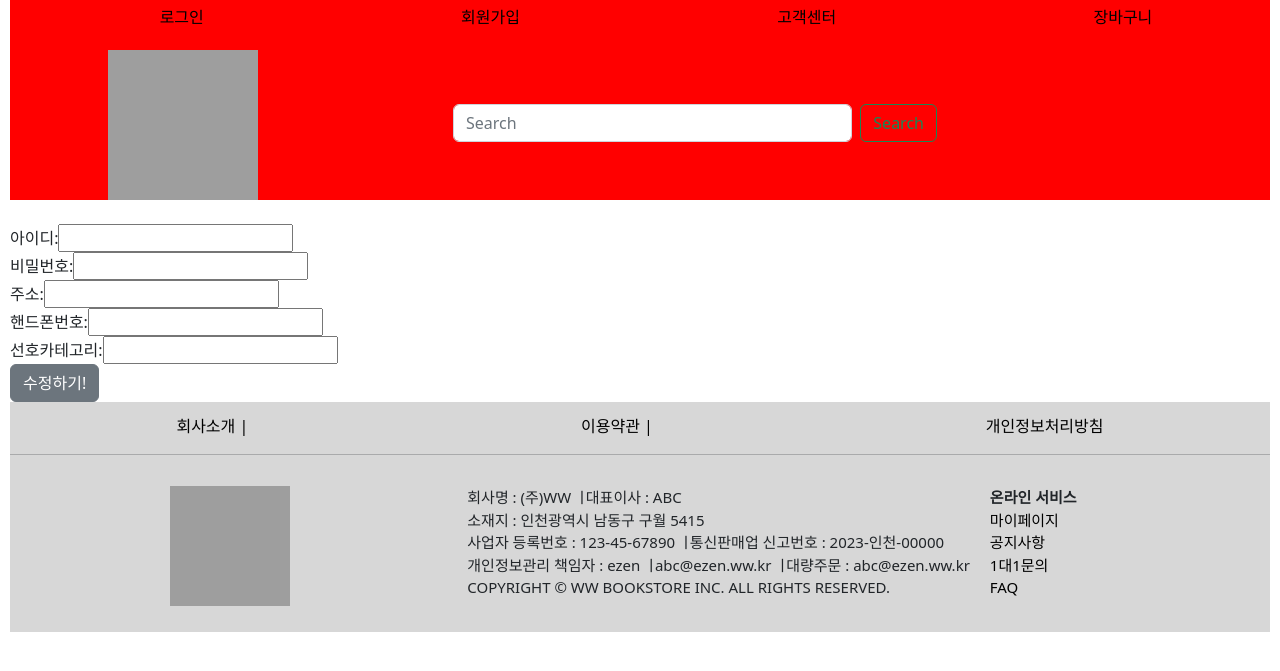
Repository: leehyeonung/project4
Page: http://localhost/book/WEB-INF/views/member/modify.jsp
An editor plug-in stored every save of this project. The page is shown before and after the next save, followed by the edit.
The browser window is 1280 px wide. The pictures show the whole page.
Pictures or frames that could not be fetched are drawn as grey boxes. The page is served by Tomcat 9. Nobody is signed in. Other server files are loaded and not shown. The template is opened directly, without the code that normally fills it, so the values that code supplies are empty.

Above is the page before, as saved 2023-01-06 08:52:08.

### book/src/main/webapp/WEB-INF/views/member/modify.jsp
<%@ page language="java" contentType="text/html; charset=UTF-8"
    pageEncoding="UTF-8"%>
<!DOCTYPE html>
<html>
<head>
<meta charset="UTF-8">
<title>수정페이지</title>
<link rel="stylesheet" type="text/css" href="/resources/css/main.css">
</head>
<body>
<jsp:include page="../layout/header.jsp"></jsp:include>
<div class="main">
	<form action="/mem/modify" method="post">
		<input type="text" name="mem_num" value="${ses.mem_num}" hidden ><br>
		아이디:<input type="text" name="mem_id" value="${ses.mem_id}" ><br>
		비밀번호:<input type="password" name="mem_pw" value="" required ><br>
		주소:<input type="text" name="mem_ad" value="${ses.mem_ad}" ><br>
		핸드폰번호:<input type="text" name="mem_cell_num" value="${ses.mem_cell_num}" ><br>
		선호카테고리:<input type="text" name="mno_cno" value="${ses.mno_cno}" ><br>
		<button type="submit" class="btn btn-secondary">수정하기!</button>
	</form>
</div>
<jsp:include page="../layout/footer.jsp"></jsp:include>
</body>
</html>

### book/src/main/webapp/WEB-INF/views/layout/header.jsp
<%@ page language="java" contentType="text/html; charset=UTF-8"
    pageEncoding="UTF-8"%>
<%@ taglib uri="http://java.sun.com/jsp/jstl/core" prefix="c"%>
<!DOCTYPE html>
<html>
<head>
<meta charset="UTF-8">
<title>Insert title here</title>
<!-- CSS only -->
<link href="https://cdn.jsdelivr.net/npm/bootstrap@5.2.2/dist/css/bootstrap.min.css"
rel="stylesheet" integrity="sha384-Zenh87qX5JnK2Jl0vWa8Ck2rdkQ2Bzep5IDxbcnCeuOxjzrPF/et3URy9Bv1WTRi"
crossorigin="anonymous">
<link rel="stylesheet" type="text/css" href="/resources/css/header.css">
</head>
<body>
<div class="header">
    <div class="menu">
        <c:if test="${ses.mem_id ==null}">
        <ul><a href="/mem/loginPage">로그인</a></ul>
        <ul><a href="/mem/joinPage">회원가입</a></ul>
        </c:if>
        <c:if test="${ses.mem_id == 'admin' }">
        <ul><a href="/mem/logOut">로그아웃</a></ul>
        <ul><a href="/mem/adminpage">관리인페이지</a></ul>
        </c:if>
        <c:if test="${ses.mem_id !=null && ses.mem_id !='admin' }">
        <ul><a href="/mem/logOut">로그아웃</a></ul>
        <ul><a href="/mem/mypage">마이페이지</a></ul>
        </c:if>
        <ul><a href="#">고객센터</a></ul>
        <ul><a href="#">장바구니</a></ul>
    </div>
    <div class="bar">
       <div class="logo">
         <a href="/"><img src="/resources/image/logo.jpg" alt="로고"></a>
       </div>
         <div class="searchBar">
            <form class="d-flex" role="search">
                 <input class="form-control me-2" type="search" placeholder="Search" aria-label="Search">
                 <button class="btn btn-outline-success" type="submit">Search</button>
              </form>
         </div>
       <div class="icons">
         <a href=""><i class="fa-solid fa-cart-shopping"></i></a>
            <a href=""><i class="fa-solid fa-user"></i></a>
       </div>
    </div>
</div>
</body>
</html>

### book/src/main/webapp/WEB-INF/views/layout/footer.jsp
<%@ page language="java" contentType="text/html; charset=UTF-8"
   pageEncoding="UTF-8"%>
<!DOCTYPE html>
<html>
<head>
<meta charset="UTF-8">
<title>Insert title here</title>
<link rel="stylesheet" type="text/css" href="/resources/css/footer.css">

</head>

<body>
   <div class="footer">
      <div class="footer-top">
         <ul>
            <li><a href="/introduce">회사소개 | </a></li>
            <li><a href="">이용약관 | </a></li>
            <li><a href="">개인정보처리방침</a></li>
         </ul>
      </div>
      <hr>
      <div class="address">
         <div class="footer-logo">
            <img src="/resources/image/logo.jpg" alt="로고">
         </div>
         <div class="address-box">
            <ul>
               <li>회사명 : (주)WW <span style="margin-right: -7px;">ㅣ</span>
                  대표이사 : ABC
               </li>

               <li>소재지 : 인천광역시 남동구 구월 5415</li>
               <li>사업자 등록번호 : 123-45-67890 <span style="margin-right: -7px;">ㅣ</span>
                  통신판매업 신고번호 : 2023-인천-00000
               </li>

               <li>개인정보관리 책임자 : ezen <span style="margin-right: -7px;">ㅣ</span>
                  abc@ezen.ww.kr <span style="margin-right: -7px;">ㅣ</span> 대량주문 :
                  abc@ezen.ww.kr
               </li>

               <li>COPYRIGHT © WW BOOKSTORE INC. ALL RIGHTS RESERVED.</li>

            </ul>

         </div>
         <div class="online-serviceBar">
            <strong>온라인 서비스</strong>
            <ul>
               <li><a href="">마이페이지</a></li>
               <li><a href="">공지사항</a></li>
               <li><a href="">1대1문의</a></li>
               <li><a href="">FAQ</a></li>
            </ul>
         </div>
      </div>
   </div>

</body>
</html>

### book/src/main/webapp/resources/css/main.css
@charset "UTF-8";

.main{
	width:1260px;
	margin: 0 auto;
}

### book/src/main/webapp/resources/css/header.css
@charset "UTF-8";
*{
	margin: 0 auto;
	padding: 0px;
}
.header{
	background-color : red;
	margin: 0 auto;
    width: 1260px;
    height: 200px;
   /*  background-color: pink; */
}
.menu{
   display: flex;
   justify-content: flex-end;
   padding:5px;

}
.logo{
    width: 150px;
    height: 150px;
    background-color: blue;
}
.logo>a>img{
    width: 150px;
    height: 150px;
}
.searchBar{
   /* position:absolute; */
    width: 484px;
    height: 42px;
    /* background-color: gold; */
    margin-top:54px;
    border-radius: 30px;

}
.bar{

   height: 150px;
   display: flex;
   flex-direction: row;
   flex-wrap:nowrap;
   justify-content:space-around;
/*    align-items: baseline; */


}
i{
    font-size: 42px;
    color: black;
    margin-top:54px;
    margin-right: 20px;
}

### book/src/main/webapp/resources/css/footer.css
@charset "UTF-8";
.footer {
   width: 1260px;
   height: 230px;
   background-color: rgba(175, 175, 175, 0.5);
   margin: 0 auto;
}

.footer-logo {

   width: 120px;
   height: 120px;
   background-color: beige;
}
.footer-logo>img{
   width: 120px;
   height: 120px;
}

.address-box {
   text-align: left;
   padding: 0;
   margin: 0;
}

.address {
   padding: 15px;
   height: 150px;
   display: flex;
   font-size: 15px;
   /* align-items: baseline; */
   flex-direction: row;
   flex-wrap: nowrap;
   justify-content: space-around;
}

ul {
   list-style: none;
}

.footer, .address li {

}

.footer-top {
   text-align: center;
   padding-top: 12px;
}

.footer-top>ul {
   margin: 0;
   padding: 0;
   display: flex;
   justify-content: center;
}

.footer-top>li {
   margin: 0;
   padding: 0;
}

a {
   text-decoration-line: none;
   color: black;
}

a:visited {
   text-decoration: none;
}

a:hover {
   text-decoration: none;
}

a:focus {
   text-decoration: none;
}

a:hover, a:active {
   text-decoration: none;
}

.online-serviceBar {
   padding: 0px;
   margin-left: 20px;
   width: 120px;
   height: 120px;
}

.online-serviceBar>ul {
   margin: 0px;
   padding: 0px;
}

After the next save:
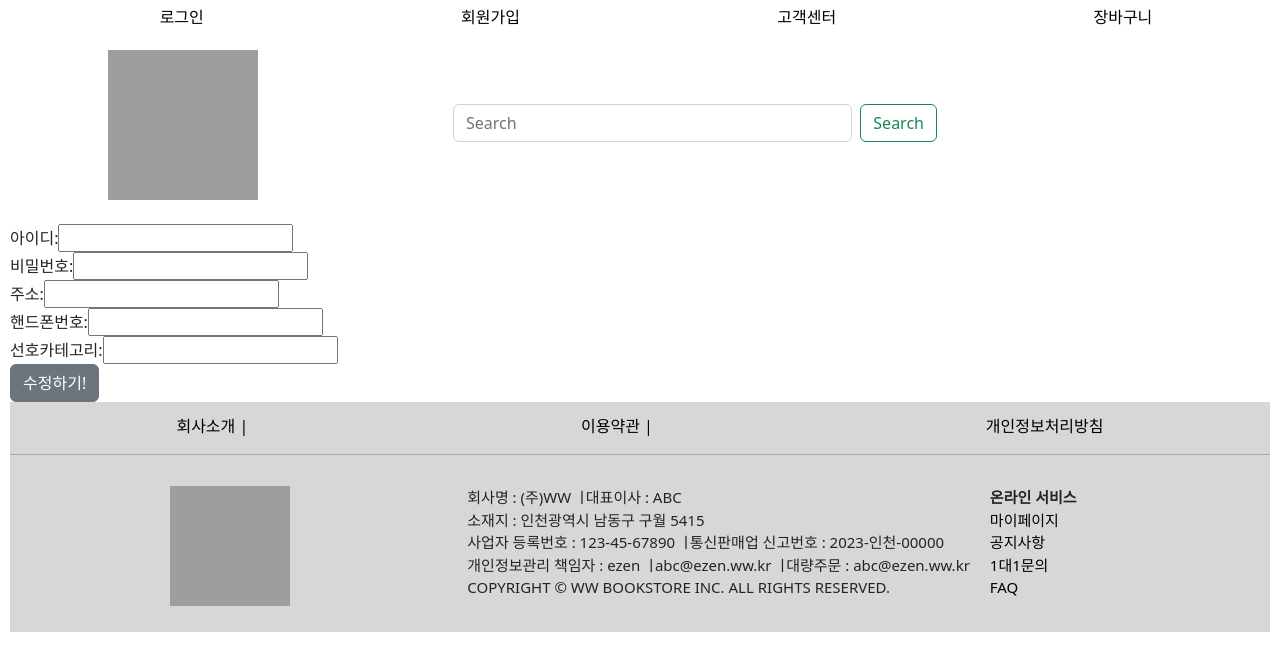
Saved 16 h 18 min later.
--- a/book/src/main/webapp/resources/css/header.css
+++ b/book/src/main/webapp/resources/css/header.css
@@ -4,8 +4,7 @@
 	padding: 0px;
 }
 .header{
-	background-color : red;
-	margin: 0 auto;
+
     width: 1260px;
     height: 200px;
    /*  background-color: pink; */
